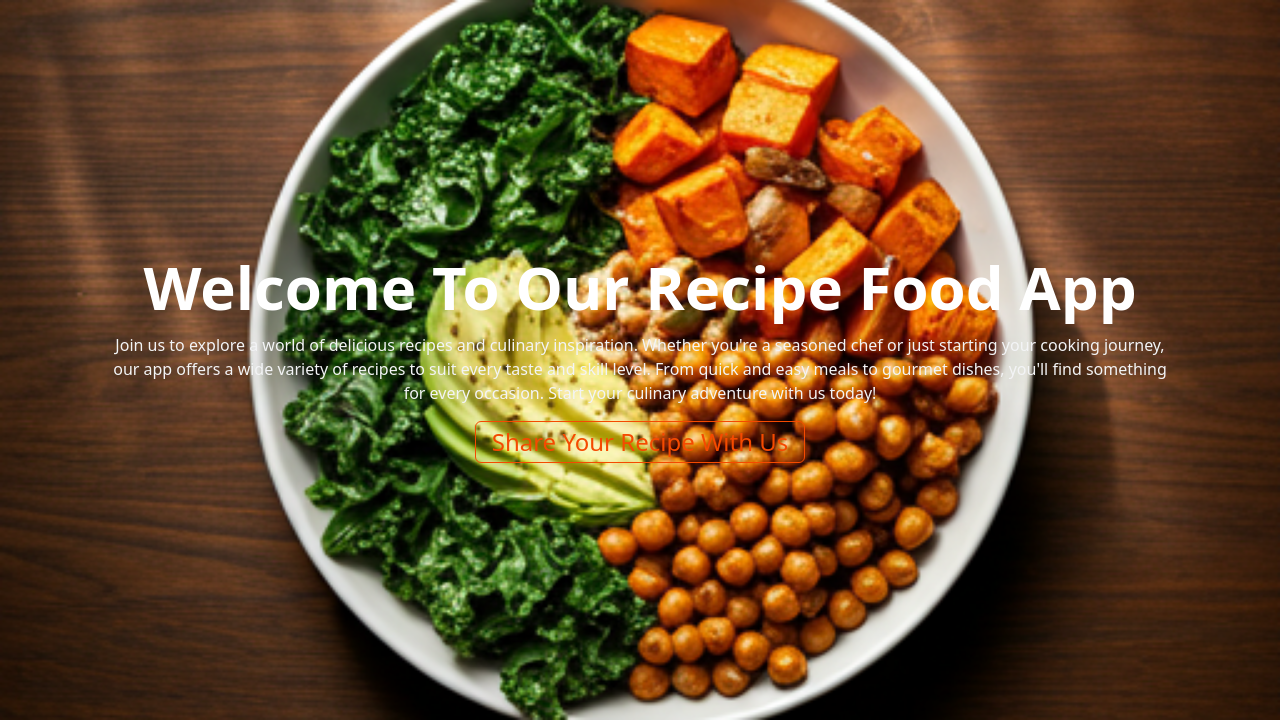
Repository: Eslam0Mohamed/mern-recipe-app
Page: / (app in FrontEnd/)
The author's editor kept a copy of each file at every save. The page is drawn from the files as they stood at one save, then again after a run of saves.
The browser window is 1280 px wide. The pictures show the whole page.
The project was rebuilt for these pictures with package versions that can differ from the ones it lists, and the page was loaded fresh each time. Also part of the build but not shown: FrontEnd/vite.config.js.

Above is the page before, as saved 2026-05-07 18:22:42.

After the next 3 saves:
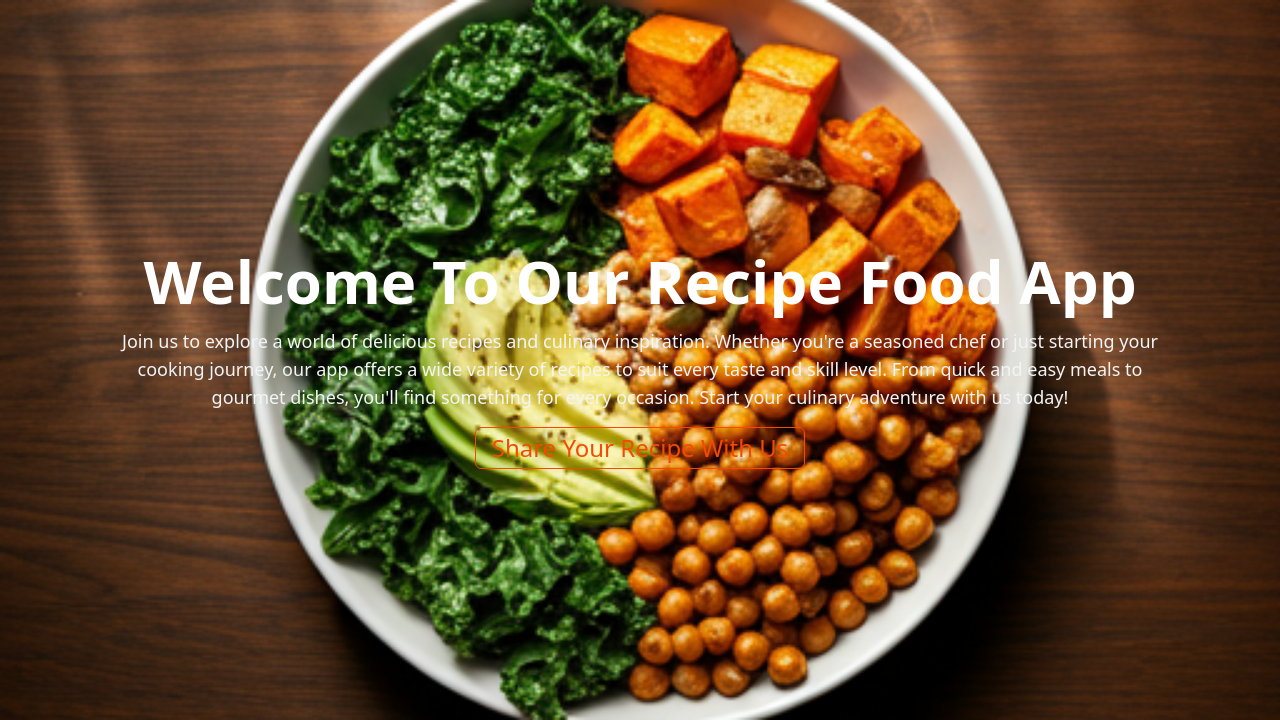
The 3 saves are shown as one change because they came seconds apart.
The last was saved 37 s later.
--- a/FrontEnd/src/pages/Home.jsx
+++ b/FrontEnd/src/pages/Home.jsx
@@ -5,7 +5,7 @@ function Home() {
     <section style={{backgroundImage:`url(${backgroundImage})`,}} className={`bg-cover bg-tertiary h-screen bg-center flex items-center justify-center `}>
       <div className='left container flex flex-col gap-4 text-center justify-center items-center' >
         <h1 className='text-white text-6xl font-semibold'>Welcome To Our Recipe Food App</h1>
-        <p className='text-md text-gray-100 font-light font-medium text-md'> Join us to explore a world of delicious recipes and culinary inspiration. Whether you're a seasoned chef or just starting your cooking journey, our app offers a wide variety of recipes to suit every taste and skill level. From quick and easy meals to gourmet dishes, you'll find something for every occasion. Start your culinary adventure with us today!</p>
+        <p className='text-md text-gray-100 font-medium text-lg'> Join us to explore a world of delicious recipes and culinary inspiration. Whether you're a seasoned chef or just starting your cooking journey, our app offers a wide variety of recipes to suit every taste and skill level. From quick and easy meals to gourmet dishes, you'll find something for every occasion. Start your culinary adventure with us today!</p>
       <button className='w-fit outline-none px-4 py-1  text-2xl border cursor-pointer border-orange-600 hover:bg-orange-600 hover:text-white transition-colors duration-150 rounded-md text-orange-600 '>Share Your Recipe With Us</button>
       </div>
       {/* <div className='right'>
